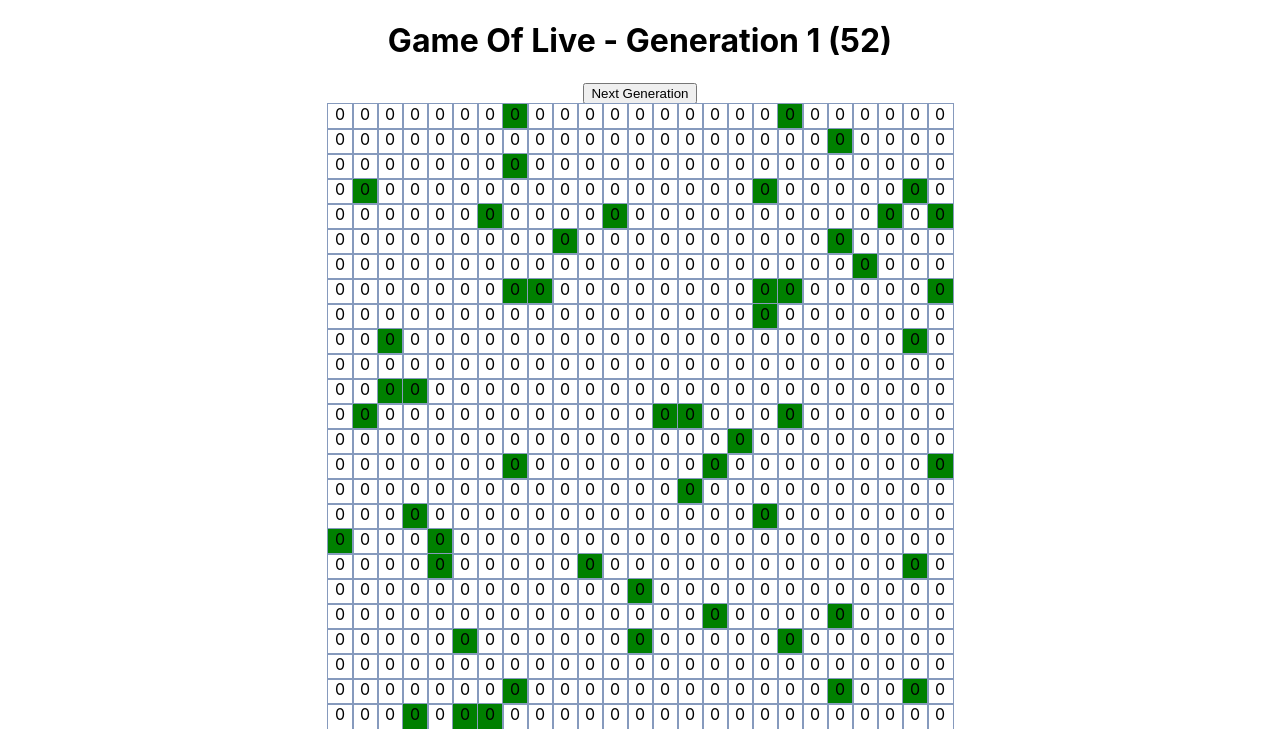
Repository: cfaguilera20/gol
Page: /
The author's editor kept a copy of each file at every save. The page is drawn from the files as they stood at one save, then again after a run of saves.
The browser window is 1280 px wide. The pictures show the whole page.
The project was rebuilt for these pictures with package versions that can differ from the ones it lists, and the page was loaded fresh each time.

Above is the page before, as saved 2021-07-25 12:59:09.

After the next 5 saves:
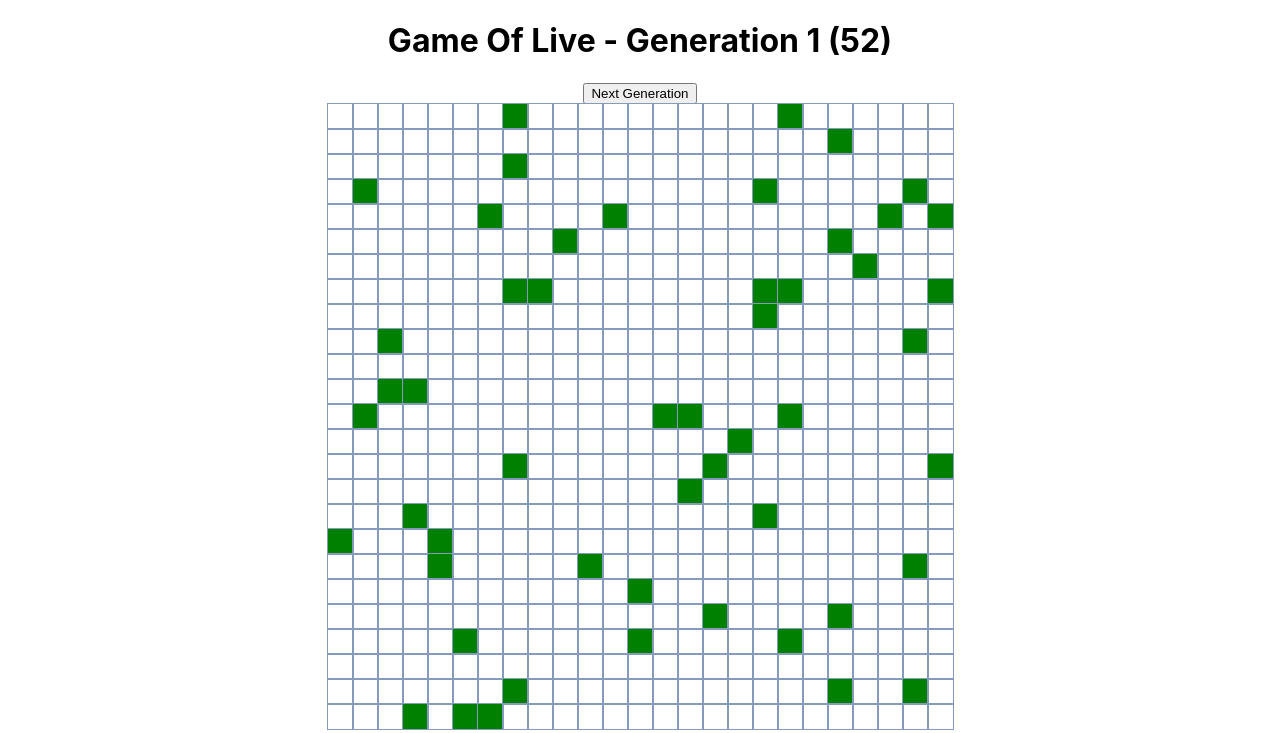
The 5 saves are shown as one change because 3 did not build or start and some came seconds apart.
The last was saved 95 s later.
--- a/src/components/Board.jsx
+++ b/src/components/Board.jsx
@@ -28,7 +28,7 @@
                         {row.map((cell, cellIdx) => {
                             const className = cell.getColor();
                             const neighborsAlive =
-                                cell.getNeighborsAliveCounter();
+                                world.getNeighborsAlive(cell);
                             return (
                                 <div key={cellIdx} className={className}>
                                     {neighborsAlive}
@@ -114,8 +114,14 @@
         return neighbors;
     }
 
-    getNeighborsAlive(x, y) {
-        return this.getNeighbors(x, y).filter((cell) => cell.isAlive);
+    getNeighborsAlive(cell) {
+        return this.getNeighbors(cell.x, cell.y).filter(
+            (cellItem) => cellItem.isAlive === 1
+        );
+    }
+
+    getNeighborsAliveCounter(cell) {
+        return this.getNeighborsAlive(cell).length;
     }
 
     nextGeneration() {

After the save that followed:
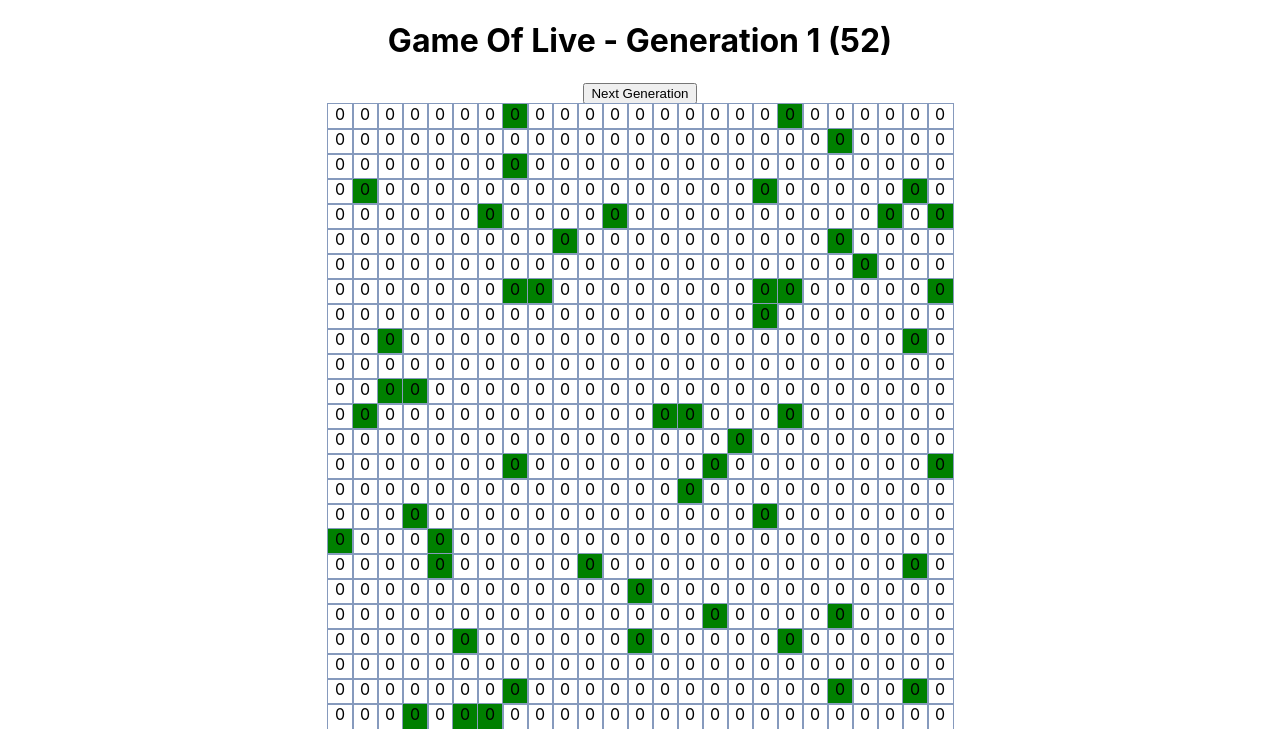
Saved 27 s later.
--- a/src/components/Board.jsx
+++ b/src/components/Board.jsx
@@ -28,7 +28,7 @@
                         {row.map((cell, cellIdx) => {
                             const className = cell.getColor();
                             const neighborsAlive =
-                                world.getNeighborsAlive(cell);
+                                world.getNeighborsAliveCounter(cell);
                             return (
                                 <div key={cellIdx} className={className}>
                                     {neighborsAlive}
